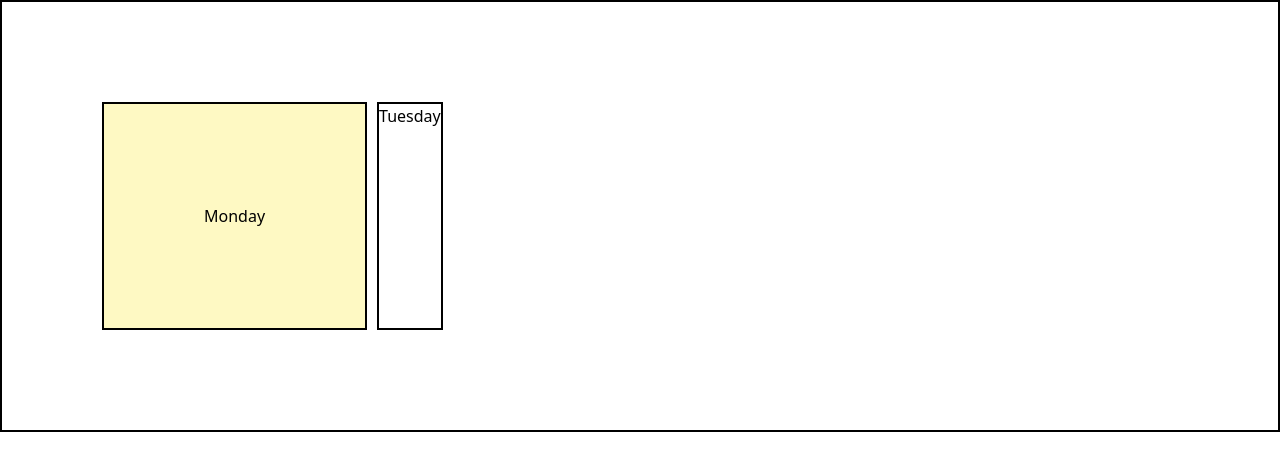
Repository: AfzalHaq61/tailwind-deep
Page: http://localhost/
These files come from the project's save history. The page is drawn as it stood at one moment and after the next save; the edit follows.
The browser window is 1280 px wide. The pictures show the whole page.
The page is served by the project's Laravel application, run on PHP 8.4 with Laravel 9. Style sheets and scripts are compiled from the project's sources, by tool versions that may differ from the author's.

Above is the page before, as saved 2022-12-24 17:20:35.

After the next save:
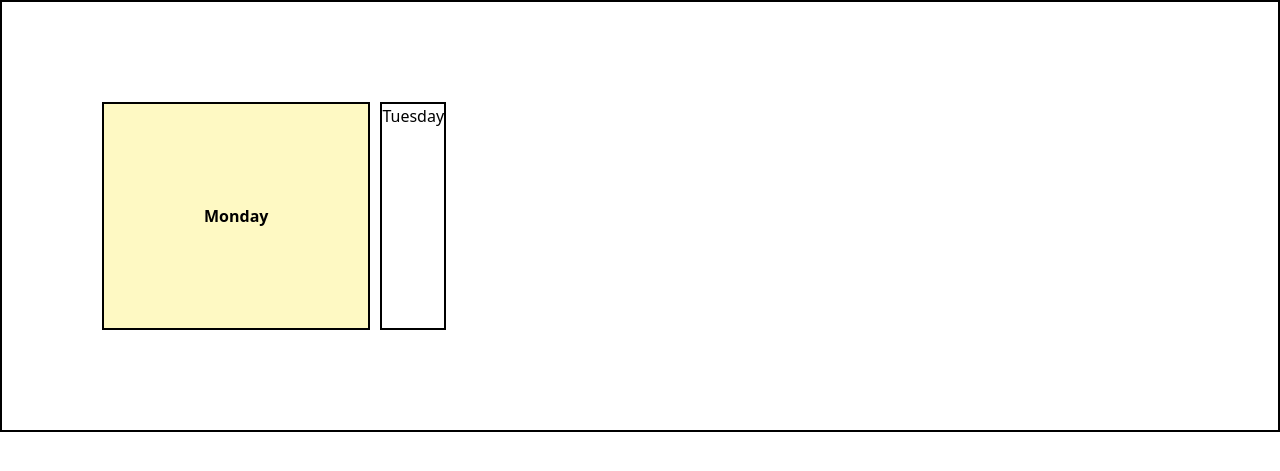
Saved 10 s later.
--- a/resources/views/welcome.blade.php
+++ b/resources/views/welcome.blade.php
@@ -10,7 +10,7 @@
 <body>
     <div class="flex p-[100px] border-2 border-black">
         <div class="bg-yellow-100 p-[100px] border-2 border-black mr-[10px]">
-            <h1>Monday</h1>
+            <h1 class="font-bold">Monday</h1>
         </div>
         <div class="border-2 border-black">
             <h1>Tuesday</h1>
